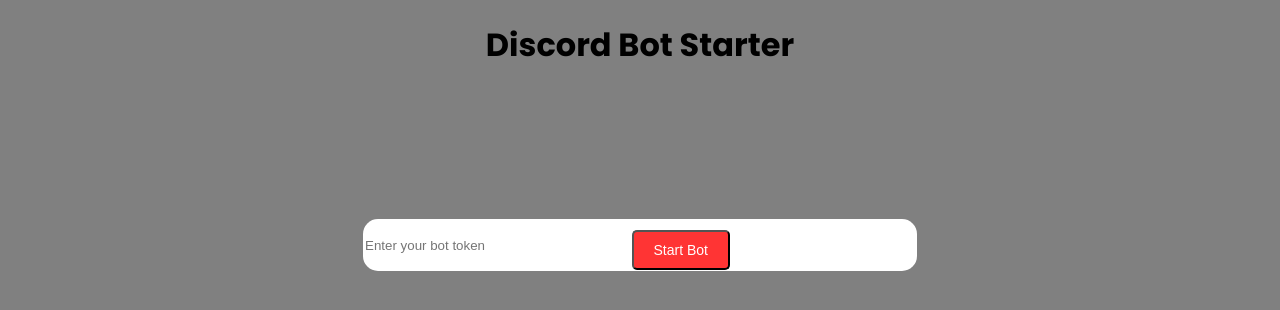
Repository: ranger2202/discord-bot-panel
Page: ranger-bot-runner/app/templates/landing.html
An editor plug-in stored every save of this project. The page is shown before and after a run of saves, followed by the edit.
The browser window is 1280 px wide. The pictures show the whole page.

Above is the page before, as saved 2023-12-30 12:12:39.

After the next 2 saves:
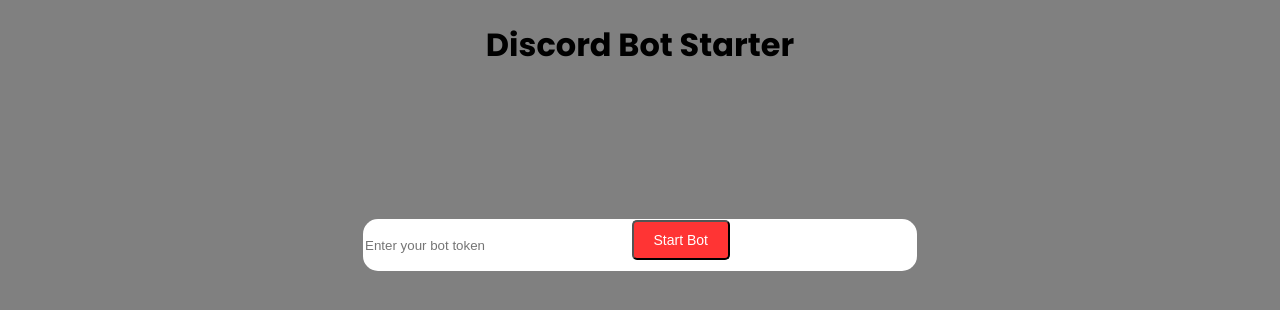
The 2 saves are shown as one change because they came seconds apart.
The last was saved 19 s later.
--- a/ranger-bot-runner/app/static/landing.css
+++ b/ranger-bot-runner/app/static/landing.css
@@ -7,7 +7,7 @@
 .start-button button{
     position: absolute;
     right: 550px;
-    top: 230px;
+    top: 220px;
     display: inline-block;
     padding: 10px 20px;
     font-size: 14px;

After the save that followed:
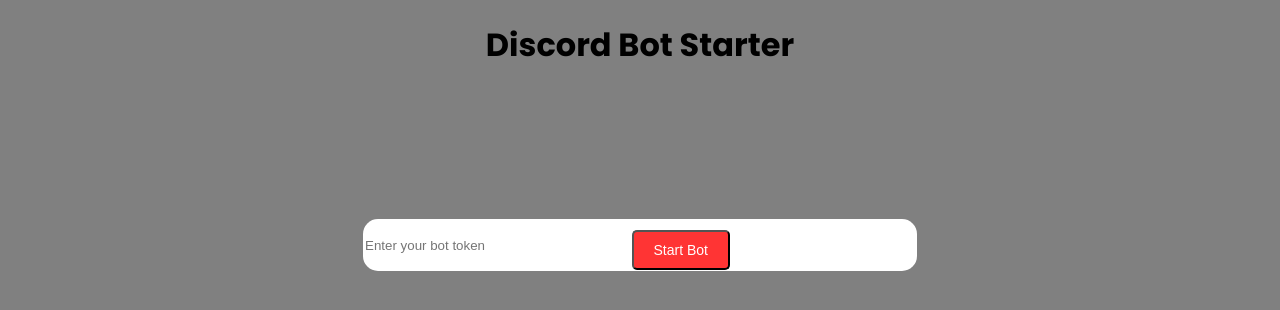
Saved 4 s later.
--- a/ranger-bot-runner/app/static/landing.css
+++ b/ranger-bot-runner/app/static/landing.css
@@ -7,7 +7,7 @@
 .start-button button{
     position: absolute;
     right: 550px;
-    top: 220px;
+    top: 230px;
     display: inline-block;
     padding: 10px 20px;
     font-size: 14px;
